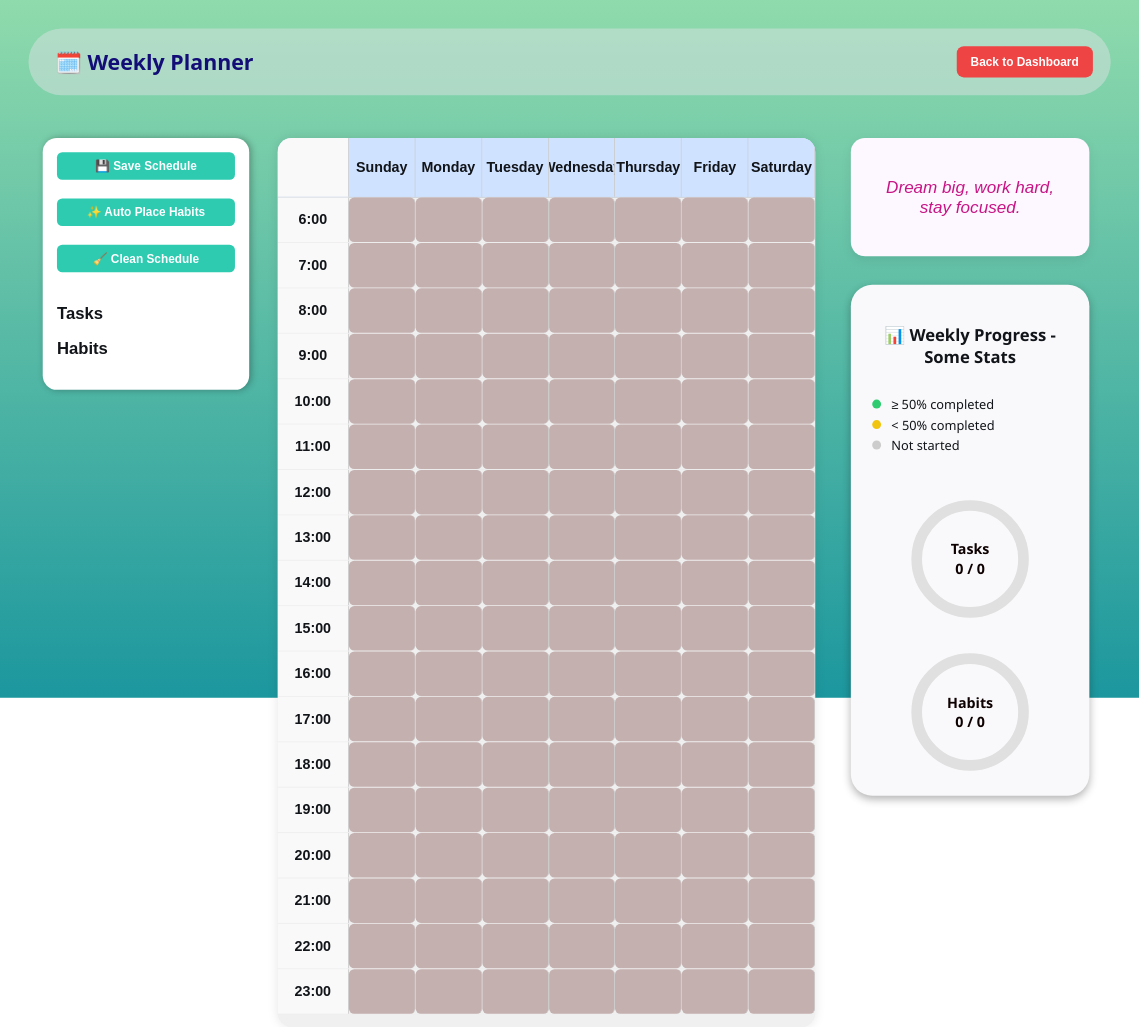
Repository: RachelB9913/smart-task-and-habit-tracker
Page: /schedule
The author's editor kept a copy of each file at every save. The page is drawn from the files as they stood at one save, then again after the next save.
The browser window is 1280 px wide. The pictures show the whole page, at 89% of full size.
The project was rebuilt for these pictures with package versions that can differ from the ones it lists, and the page was loaded fresh each time. Also part of the build but not shown: src/components/PageWrapper.js, src/components/welcome.js, src/services/api.js, src/components/Login.js, src/components/Register.js, src/components/DashBoard.js.

Above is the page before, as saved 2025-06-29 20:51:07.

After the next save:
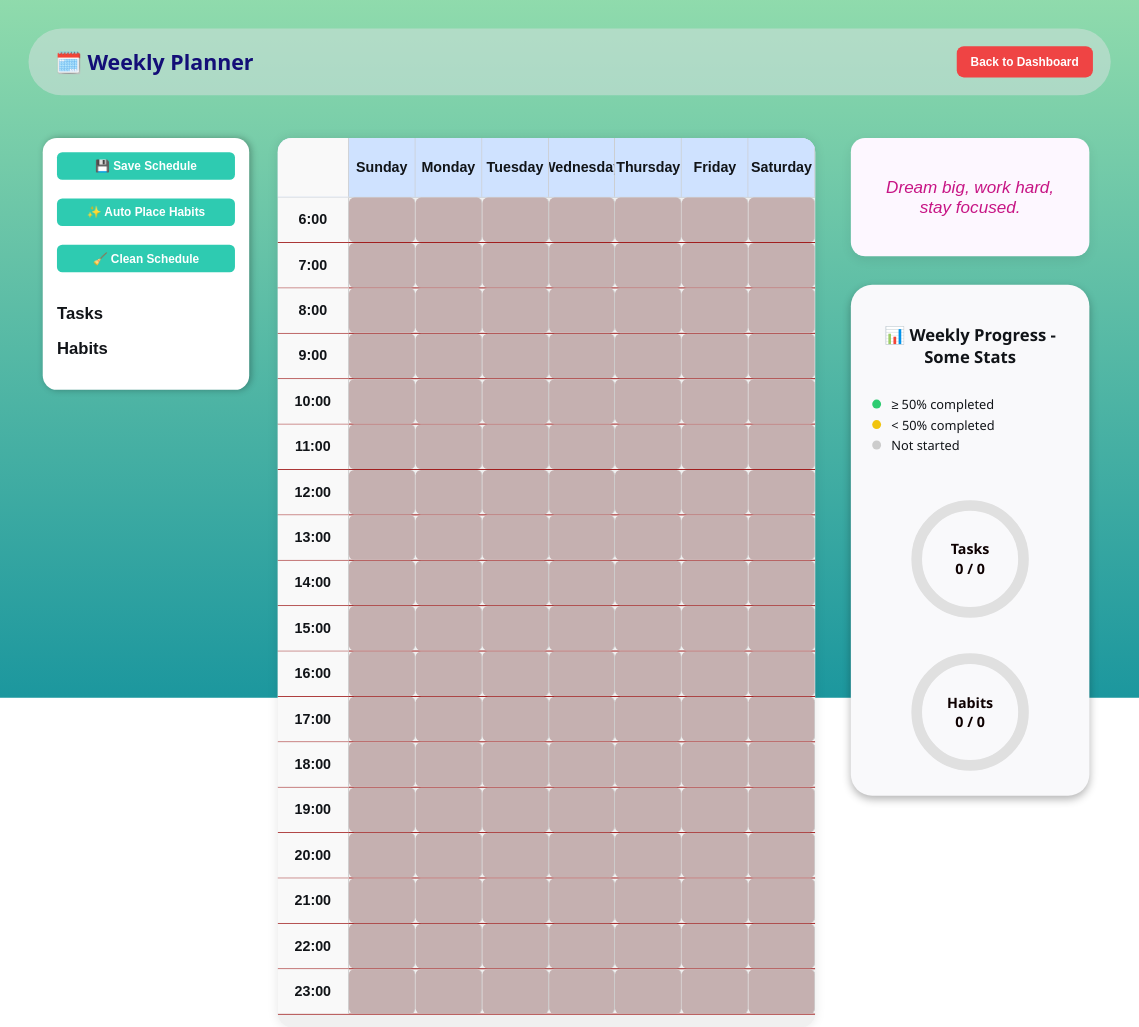
Saved 27 s later.
--- a/src/components/SchedulePlanner.css
+++ b/src/components/SchedulePlanner.css
@@ -87,7 +87,7 @@
 .grid-body .row {
   display: grid;
   grid-template-columns: 80px repeat(7, 1fr); /* same as above */
-  border-bottom: 1px solid #eee;
+  border-bottom: 1px solid #980606;
 }
 
 .cell {

After the save that followed:
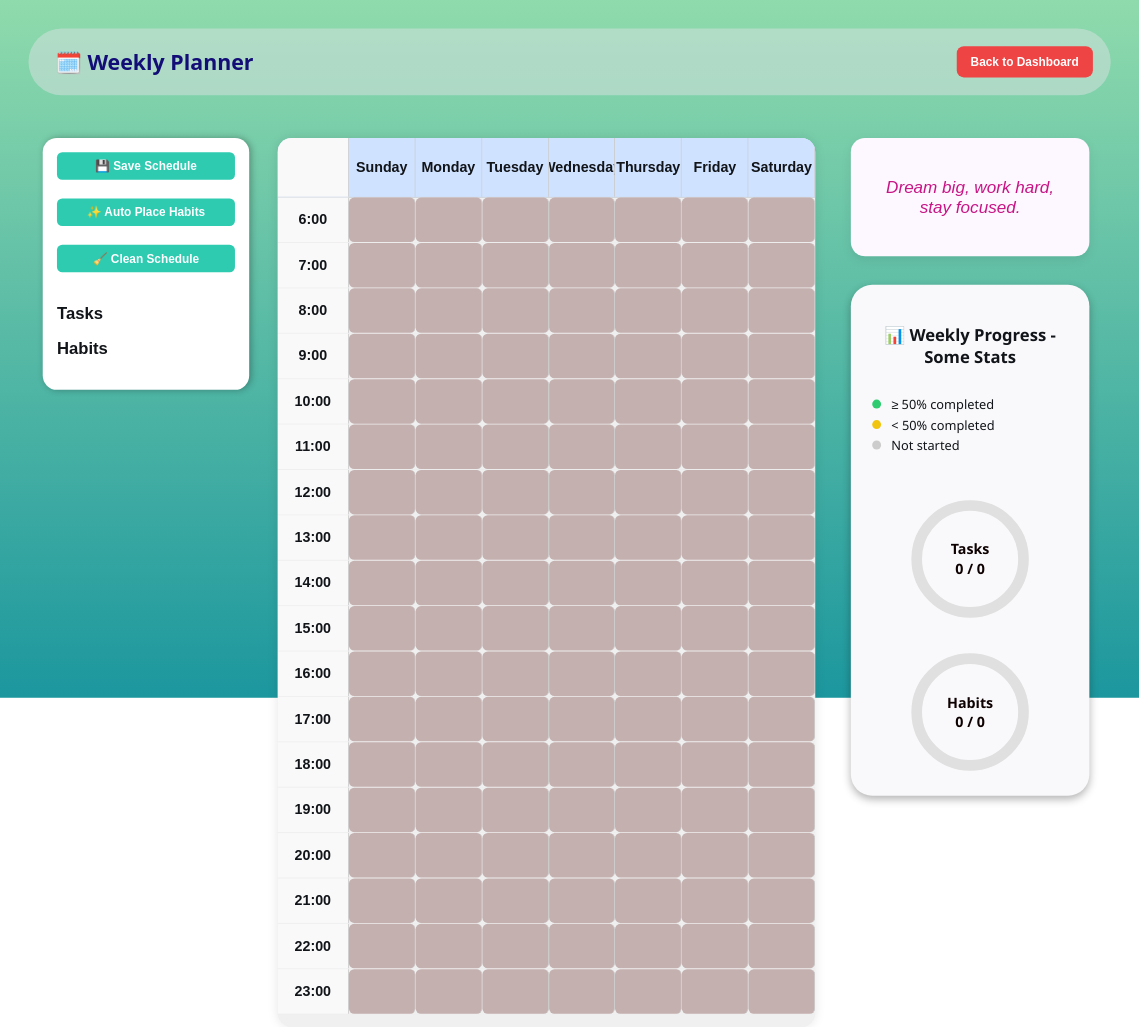
Saved 4 s later.
--- a/src/components/SchedulePlanner.css
+++ b/src/components/SchedulePlanner.css
@@ -87,7 +87,7 @@
 .grid-body .row {
   display: grid;
   grid-template-columns: 80px repeat(7, 1fr); /* same as above */
-  border-bottom: 1px solid #980606;
+  border-bottom: 1px solid #eee;
 }
 
 .cell {
